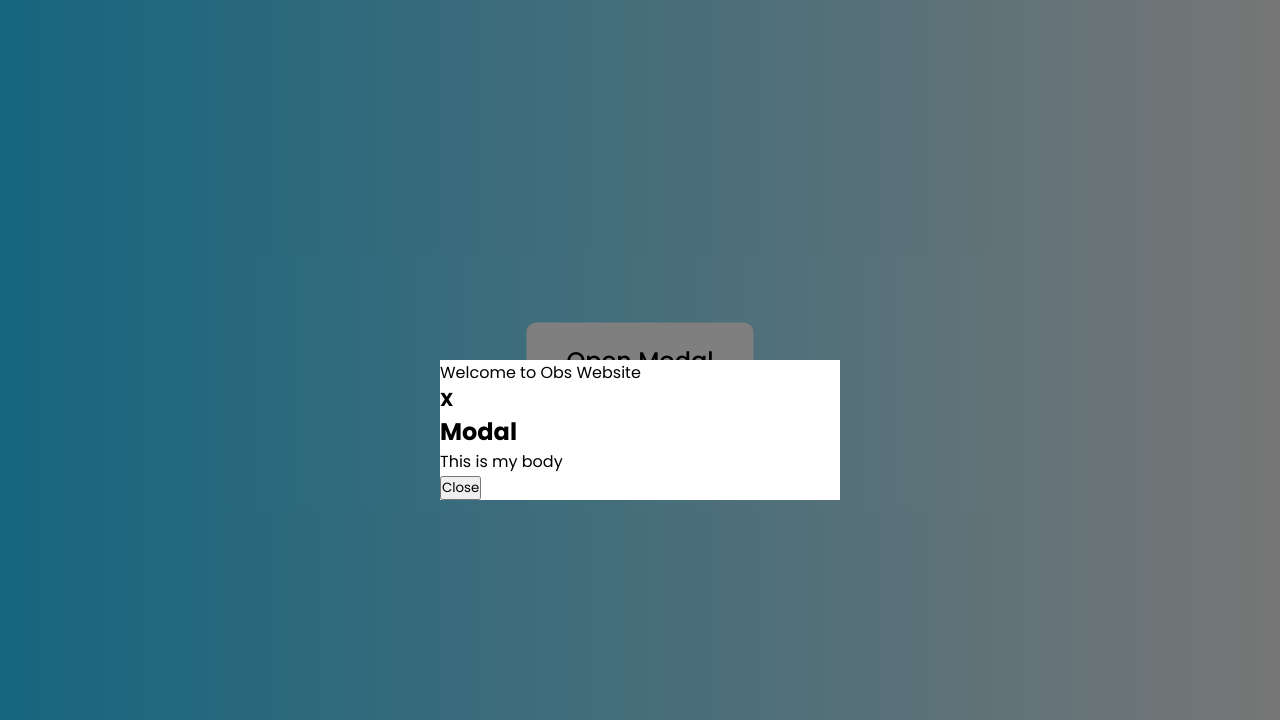
Repository: lausamtuong/Modal_card
Page: index.html
The author's editor kept a copy of each file at every save. The page is drawn from the files as they stood at one save, then again after a run of saves.
The browser window is 1280 px wide. The pictures show the whole page.
The style sheet was rebuilt from its Sass, Less or Tailwind sources for each picture, by a compiler version that may differ from the author's.

Above is the page before, as saved 2021-12-15 06:52:30.

After the next 14 saves:
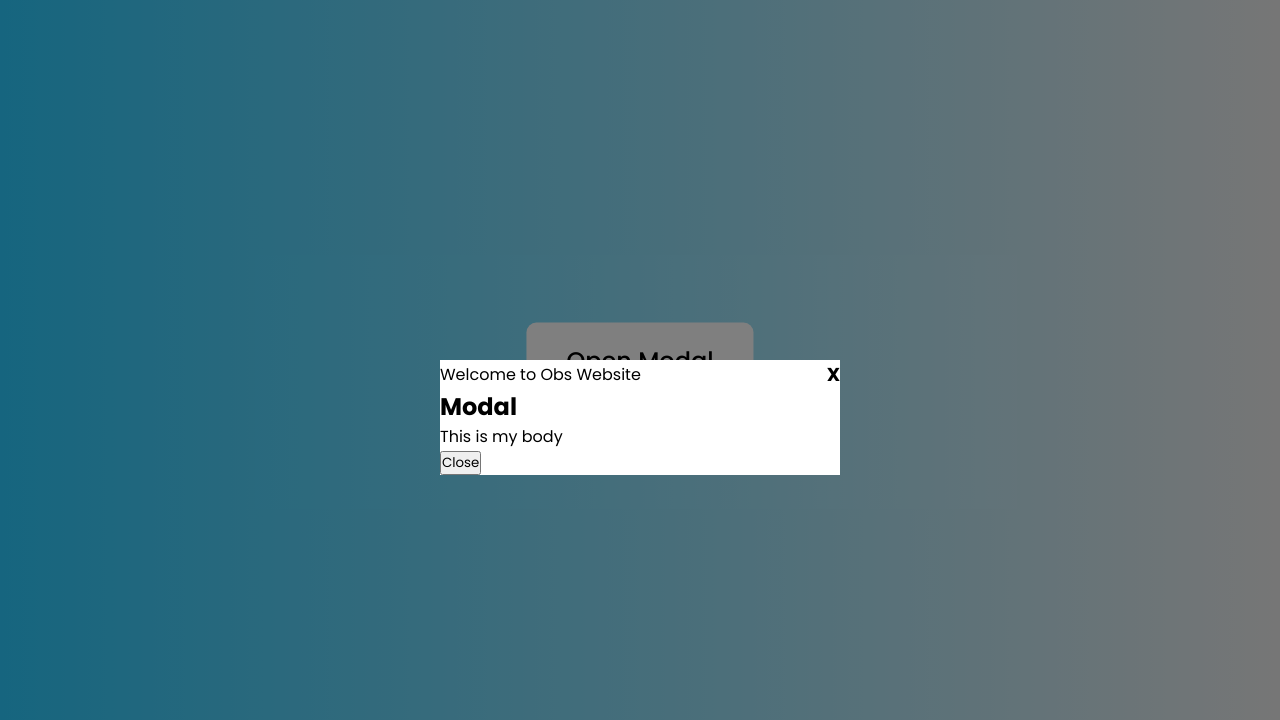
The 14 saves are shown as one change because 2 did not build or start and some came seconds apart.
The last was saved 42 s later.
--- a/style.scss
+++ b/style.scss
@@ -39,4 +39,9 @@ body{
         margin : auto;
         background-color: #fff;
     }
+    &__header{
+        display: flex;
+        justify-content: space-between;
+        align-items: center;
+    }
 }
